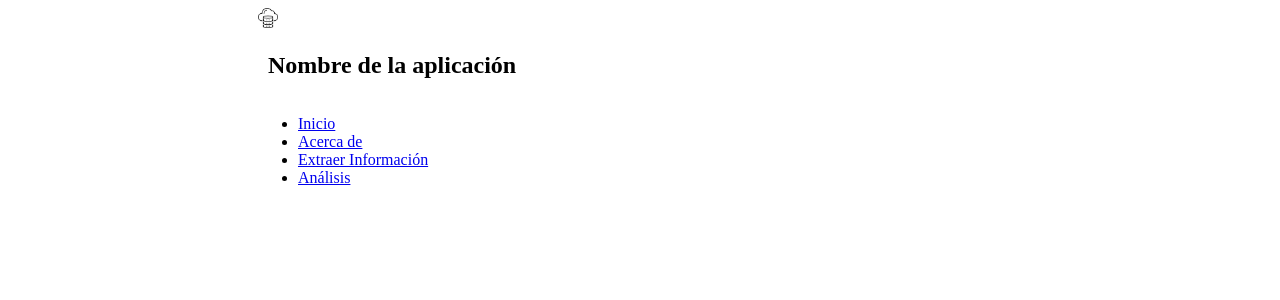
Repository: marcoBartolo55/data_analysis_app_-dev_project
Page: http://localhost/
The author's editor kept a copy of each file at every save. The page is drawn from the files as they stood at one save, then again after the next save.
The browser window is 1280 px wide. The pictures show the whole page.
The page is served by the project's application, run on Flask 3 (app/app.py).

Above is the page before, as saved 2025-10-19 22:27:02.

After the next save:
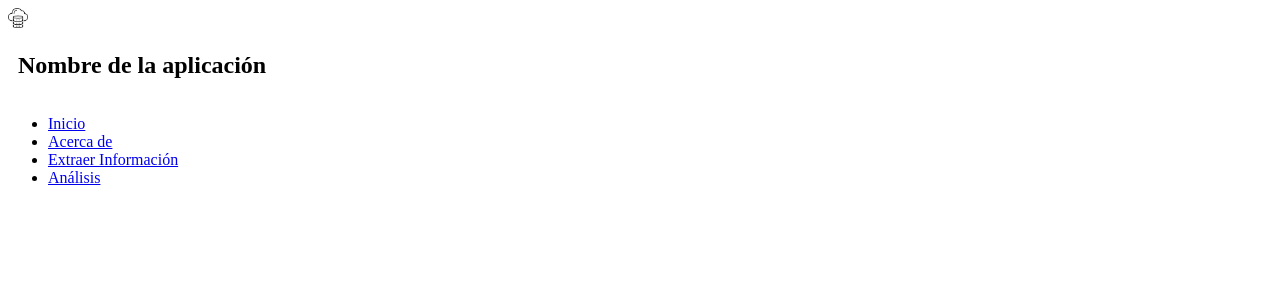
Saved 34 s later.
--- a/static/styles/index.css
+++ b/static/styles/index.css
@@ -1,4 +1,4 @@
-.main-div{
+.container{
     display: grid;
     margin-left: 250px;
 }

After the 2 saves that followed:
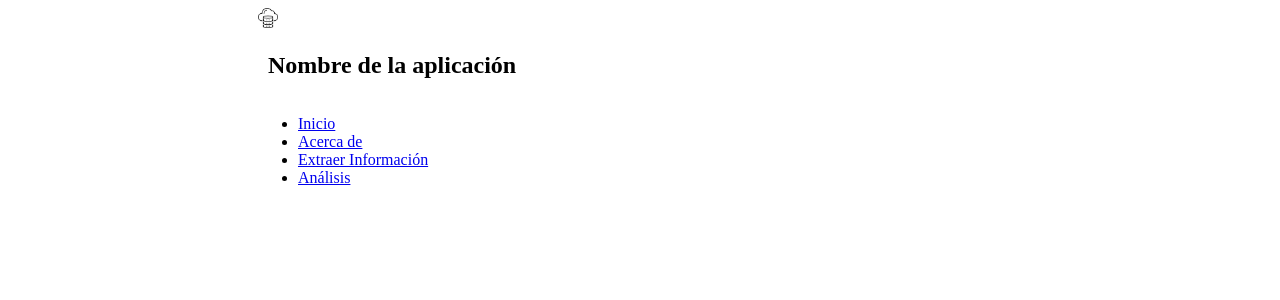
The 2 saves are shown as one change because they came seconds apart.
The last was saved 9 s later.
--- a/templates/index.html
+++ b/templates/index.html
@@ -9,7 +9,7 @@
 </head>
 
 <body>
-    <div class="main-div">
+    <div class="container">
         <div class="logo-div">
             <img class="logo-img" src="../static/images/logo.png" alt="Logo">
         </div>
